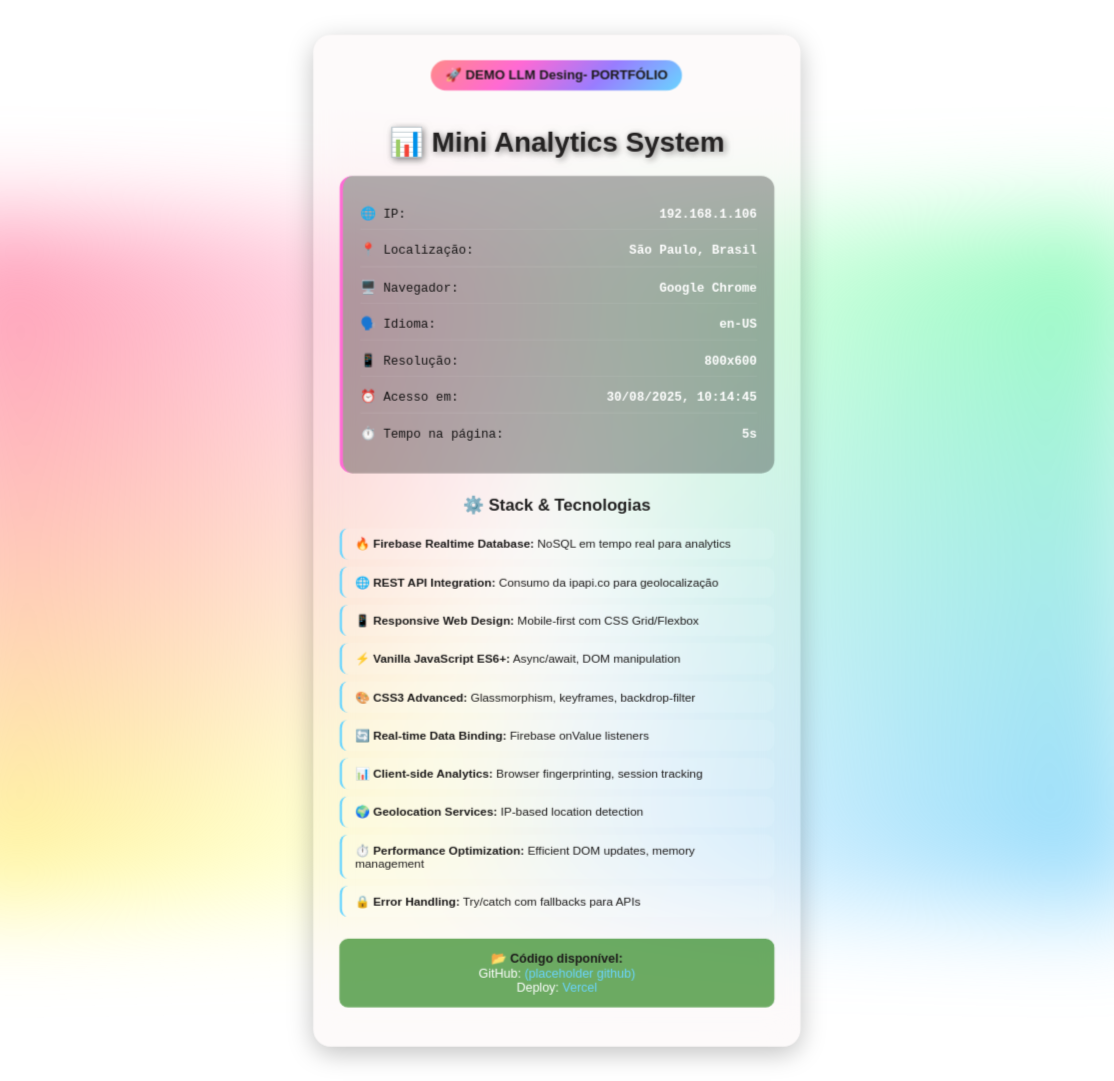
Repository: nardogod/mini-analytics
Page: mini.html
These files come from the project's save history. The page is drawn as it stood at one moment and after the next save; the edit follows.
The browser window is 1280 px wide. The pictures show the whole page, at 87% of full size.

Above is the page before, as saved 2025-08-30 10:55:44.

### mini.html
<!DOCTYPE html>
<html lang="pt-BR">
  <head>
    <meta charset="UTF-8" />
    <meta name="viewport" content="width=device-width, initial-scale=1.0" />
    <title>Demo Analytics - Portfólio</title>
    <style>
      body {
        margin: 0;
        font-family: "Poppins", sans-serif;
        display: flex;
        justify-content: center;
        align-items: center;
        min-height: 100vh;
        overflow-x: hidden;
        color: #1b1919;
        text-align: center;
        padding: 20px 0;
      }

      /* Fundo vibrante com bolhas coloridas */
      .background {
        position: fixed;
        width: 100%;
        height: 100%;
        background: radial-gradient(
            circle at top left,
            rgba(255, 100, 150, 0.7),
            transparent 50%
          ),
          radial-gradient(
            circle at bottom right,
            rgba(100, 200, 255, 0.7),
            transparent 50%
          ),
          radial-gradient(
            circle at top right,
            rgba(100, 255, 150, 0.7),
            transparent 50%
          ),
          radial-gradient(
            circle at bottom left,
            rgba(255, 255, 100, 0.7),
            transparent 50%
          );
        filter: blur(50px);
        animation: moveBubbles 10s infinite alternate ease-in-out;
        z-index: -1;
      }

      @keyframes moveBubbles {
        0% {
          transform: translate(0, 0) scale(1);
        }
        50% {
          transform: translate(-25px, 25px) scale(1.1);
        }
        100% {
          transform: translate(25px, -25px) scale(1);
        }
      }

      .container {
        background: rgba(240, 222, 222, 0.15);
        border-radius: 20px;
        padding: 30px;
        width: 90%;
        max-width: 500px;
        box-shadow: 0 8px 30px rgba(0, 0, 0, 0.25);
        backdrop-filter: blur(20px);
        margin: 20px;
      }

      h1 {
        font-size: 2rem;
        margin-bottom: 20px;
        color: #242222;
        text-shadow: 2px 2px 8px rgba(0, 0, 0, 0.5);
      }

      .demo-badge {
        display: inline-block;
        background: linear-gradient(135deg, #ff8a8a, #ff6ad5, #9a7dff, #6ad5ff);
        padding: 8px 16px;
        border-radius: 25px;
        font-size: 0.9rem;
        font-weight: bold;
        margin-bottom: 20px;
        animation: pulse 2s infinite;
      }

      @keyframes pulse {
        0%,
        100% {
          transform: scale(1);
        }
        50% {
          transform: scale(1.05);
        }
      }

      .analytics-display {
        background: rgba(0, 0, 0, 0.3);
        border-radius: 15px;
        padding: 20px;
        margin: 20px 0;
        text-align: left;
        font-family: "Courier New", monospace;
        font-size: 0.9rem;
        line-height: 1.6;
        border-left: 4px solid #ff6ad5;
      }

      .metric {
        display: flex;
        justify-content: space-between;
        margin: 8px 0;
        padding: 5px 0;
        border-bottom: 1px solid rgba(255, 255, 255, 0.1);
      }

      .metric:last-child {
        border-bottom: none;
      }

      .label {
        color: #131212;
        font-weight: 500;
      }

      .value {
        color: #fff;
        font-weight: bold;
      }

      .tecnicas {
        margin-top: 25px;
        font-size: 0.85rem;
        text-align: left;
      }

      .tecnicas h2 {
        font-size: 1.2rem;
        margin-bottom: 15px;
        text-align: center;
        color: #201f1f;
      }

      .tecnicas ul {
        list-style: none;
        padding: 0;
      }

      .tecnicas li {
        background: rgba(255, 255, 255, 0.1);
        margin: 8px 0;
        padding: 10px 15px;
        border-radius: 10px;
        border-left: 3px solid #6ad5ff;
      }

      .live-indicator {
        display: inline-block;
        width: 8px;
        height: 8px;
        background: #4ade80;
        border-radius: 50%;
        animation: blink 1.5s infinite;
        margin-right: 8px;
      }

      @keyframes blink {
        0%,
        50% {
          opacity: 1;
        }
        51%,
        100% {
          opacity: 0.3;
        }
      }

      .visitors-count {
        background: linear-gradient(135deg, #4ade80, #22d3ee);
        padding: 10px 20px;
        border-radius: 25px;
        margin: 15px 0;
        font-weight: bold;
        display: inline-block;
      }
    </style>
  </head>
  <body>
    <div class="background"></div>
    <div class="container">
      <div class="demo-badge">🚀 DEMO LLM Desing- PORTFÓLIO</div>
      <h1>📊 Mini Analytics System</h1>

      <div class="analytics-display" id="analytics">
        <div class="metric">
          <span class="label">🌐 IP:</span>
          <span class="value" id="ip">Detectando...</span>
        </div>
        <div class="metric">
          <span class="label">📍 Localização:</span>
          <span class="value" id="location">Carregando...</span>
        </div>
        <div class="metric">
          <span class="label">🖥️ Navegador:</span>
          <span class="value" id="browser">Analisando...</span>
        </div>
        <div class="metric">
          <span class="label">🗣️ Idioma:</span>
          <span class="value" id="language">--</span>
        </div>
        <div class="metric">
          <span class="label">📱 Resolução:</span>
          <span class="value" id="screen">--</span>
        </div>
        <div class="metric">
          <span class="label">⏰ Acesso em:</span>
          <span class="value" id="timestamp">--</span>
        </div>
        <div class="metric">
          <span class="label">⏱️ Tempo na página:</span>
          <span class="value" id="sessionTime">0s</span>
        </div>
      </div>

      <div class="tecnicas">
        <h2>⚙️ Stack & Tecnologias</h2>
        <ul>
          <li>
            🔥 <strong>Firebase Realtime Database:</strong> NoSQL em tempo real
            para analytics
          </li>
          <li>
            🌐 <strong>REST API Integration:</strong> Consumo da ipapi.co para
            geolocalização
          </li>
          <li>
            📱 <strong>Responsive Web Design:</strong> Mobile-first com CSS
            Grid/Flexbox
          </li>
          <li>
            ⚡ <strong>Vanilla JavaScript ES6+:</strong> Async/await, DOM
            manipulation
          </li>
          <li>
            🎨 <strong>CSS3 Advanced:</strong> Glassmorphism, keyframes,
            backdrop-filter
          </li>
          <li>
            🔄 <strong>Real-time Data Binding:</strong> Firebase onValue
            listeners
          </li>
          <li>
            📊 <strong>Client-side Analytics:</strong> Browser fingerprinting,
            session tracking
          </li>
          <li>
            🌍 <strong>Geolocation Services:</strong> IP-based location
            detection
          </li>
          <li>
            ⏱️ <strong>Performance Optimization:</strong> Efficient DOM updates,
            memory management
          </li>
          <li>
            🔒 <strong>Error Handling:</strong> Try/catch com fallbacks para
            APIs
          </li>
        </ul>

        <div style="margin-top: 25px; text-align: center; font-size: 0.9rem">
          <div
            style="
              background: rgba(20, 122, 7, 0.623);
              padding: 15px;
              border-radius: 10px;
              margin: 15px 0;
            "
          >
            <strong>📂 Código disponível:</strong><br />
            <span style="color: #ffffff">GitHub: </span
            ><span style="color: #6ad5ff">(placeholder github)</span><br />
            <span style="color: #ffffff">Deploy: </span
            ><span style="color: #6ad5ff">Vercel</span>
          </div>
        </div>
      </div>
    </div>

    <script>
      // Simulação das funcionalidades para demonstração no portfólio
      let sessionTime = 0;
      let visitorsCount = Math.floor(Math.random() * 50) + 100; // Simula contagem

      // Função para detectar informações do cliente
      function coletarDados() {
        // Dados básicos do navegador (funcionam em qualquer ambiente)
        const navegador = getBrowserInfo();
        const idioma = navigator.language || "pt-BR";
        const tela = `${window.screen.width}x${window.screen.height}`;
        const acessoEm = new Date().toLocaleString("pt-BR");

        // Atualiza dados básicos imediatamente
        document.getElementById("browser").textContent = navegador;
        document.getElementById("language").textContent = idioma;
        document.getElementById("screen").textContent = tela;
        document.getElementById("timestamp").textContent = acessoEm;

        // Simula carregamento de IP e localização
        setTimeout(() => {
          document.getElementById("ip").textContent =
            "192.168.1." + Math.floor(Math.random() * 255);
          document.getElementById("location").textContent = "São Paulo, Brasil";
        }, 1500);

        // Simula Firebase - contador de visitantes (removido para mostrar apenas dados reais)
        // Em produção: Firebase Realtime Database com runTransaction para contadores globais

        // Timer de sessão
        setInterval(() => {
          sessionTime++;
          const minutes = Math.floor(sessionTime / 60);
          const seconds = sessionTime % 60;
          const timeDisplay =
            minutes > 0 ? `${minutes}m ${seconds}s` : `${seconds}s`;
          document.getElementById("sessionTime").textContent = timeDisplay;
        }, 1000);
      }

      // Função para identificar o navegador
      function getBrowserInfo() {
        const ua = navigator.userAgent;
        let browser = "Desconhecido";

        if (ua.includes("Chrome") && !ua.includes("Edge")) {
          browser = "Google Chrome";
        } else if (ua.includes("Firefox")) {
          browser = "Mozilla Firefox";
        } else if (ua.includes("Safari") && !ua.includes("Chrome")) {
          browser = "Safari";
        } else if (ua.includes("Edge")) {
          browser = "Microsoft Edge";
        } else if (ua.includes("Opera")) {
          browser = "Opera";
        }

        return browser;
      }

      // Simula requisição para API de geolocalização
      async function tentarGeolocalizacao() {
        try {
          // Em um ambiente real, faria: const res = await fetch("https://ipapi.co/json/");
          // Aqui simulamos o comportamento para o portfólio
          await new Promise((resolve) => setTimeout(resolve, 1000));
          return {
            ip: "187.45.123." + Math.floor(Math.random() * 255),
            city: "São Paulo",
            country_name: "Brasil",
          };
        } catch (e) {
          console.log("Simulação: Erro ao buscar localização", e);
          return {
            ip: "N/A",
            city: "N/A",
            country_name: "N/A",
          };
        }
      }

      // Inicializa a aplicação
      coletarDados();

      // Adiciona efeito de hover nos itens das técnicas
      document.addEventListener("DOMContentLoaded", () => {
        const tecnicasItems = document.querySelectorAll(".tecnicas li");
        tecnicasItems.forEach((item) => {
          item.addEventListener("mouseenter", () => {
            item.style.background = "rgba(255, 255, 255, 0.2)";
            item.style.transform = "translateX(5px)";
            item.style.transition = "all 0.3s ease";
          });

          item.addEventListener("mouseleave", () => {
            item.style.background = "rgba(255, 255, 255, 0.1)";
            item.style.transform = "translateX(0px)";
          });
        });
      });
    </script>
  </body>
</html>

After the next save:
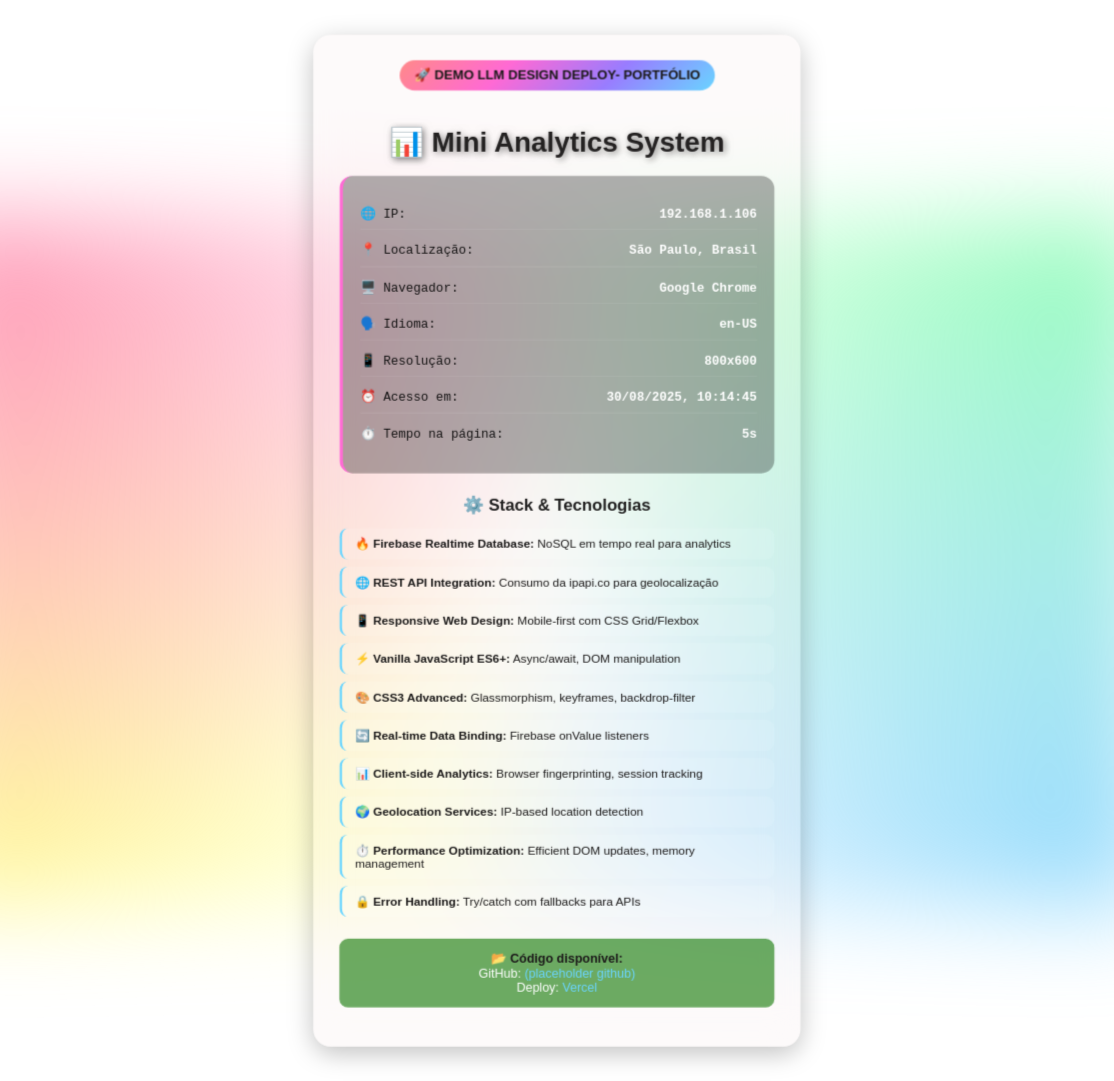
Saved 52 s later.
--- a/mini.html
+++ b/mini.html
@@ -193,7 +193,7 @@
   <body>
     <div class="background"></div>
     <div class="container">
-      <div class="demo-badge">🚀 DEMO LLM Desing- PORTFÓLIO</div>
+      <div class="demo-badge">🚀 DEMO LLM DESIGN DEPLOY- PORTFÓLIO</div>
       <h1>📊 Mini Analytics System</h1>
 
       <div class="analytics-display" id="analytics">
